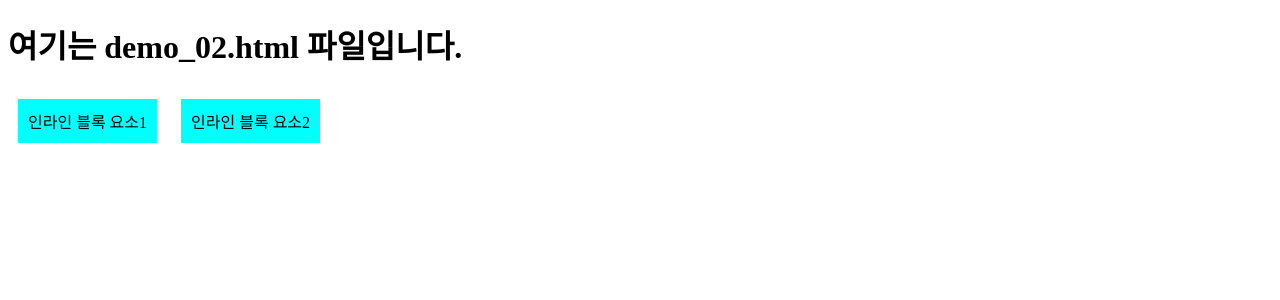
Repository: kimmingyeong225/totalJSP
Page: class_flexbox_011/src/main/webapp/demo_00.html
These files come from the project's save history. The page is drawn as it stood at one moment and after the next save; the edit follows.
The browser window is 1280 px wide. The pictures show the whole page.

Above is the page before, as saved 2024-07-01 00:34:10.

### class_flexbox_011/src/main/webapp/demo_00.html
<!DOCTYPE html>
<html>
<head>
<meta charset="UTF-8">
<title>인라인블록 요소 예시</title>
<style type="text/css">
	.m-inline-block{
		display: inline-block;
		background-color: aqua;
		padding: 10px;
		margin: 10px;

	}

</style>
</head>
<body>
 	<!--  http://localhost:8080/demo1/demo_02.html  -->
    <h1>여기는 demo_02.html 파일입니다.</h1>
    <div class="m-inline-block">인라인 블록 요소1</div>
    <div class="m-inline-block">인라인 블록 요소2</div>

</body>
</html>

After the next save:
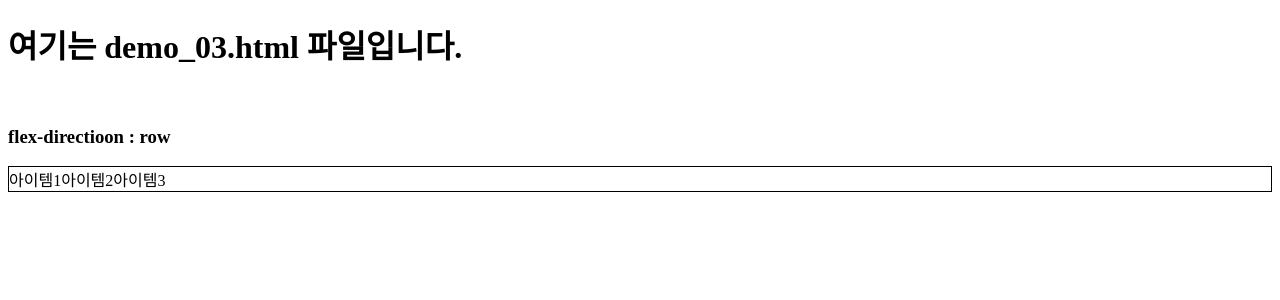
Saved 14 min 34 s later.
--- a/class_flexbox_011/src/main/webapp/demo_00.html
+++ b/class_flexbox_011/src/main/webapp/demo_00.html
@@ -4,21 +4,24 @@
 <meta charset="UTF-8">
 <title>인라인블록 요소 예시</title>
 <style type="text/css">
-	.m-inline-block{
-		display: inline-block;
-		background-color: aqua;
-		padding: 10px;
-		margin: 10px;
 
+	.container {
+		display: flex;
+		border: 1px solid black;
 	}
 
 </style>
 </head>
 <body>
- 	<!--  http://localhost:8080/demo1/demo_02.html  -->
-    <h1>여기는 demo_02.html 파일입니다.</h1>
-    <div class="m-inline-block">인라인 블록 요소1</div>
-    <div class="m-inline-block">인라인 블록 요소2</div>
+ 	<!--  http://localhost:8080/demo1/demo_03.html  -->
+    <h1>여기는 demo_03.html 파일입니다.</h1>
+    <br>
+    <h3>flex-directioon : row</h3>
+    <div class="container">
+    	<div>아이템1</div>
+    	<div>아이템2</div>
+    	<div>아이템3</div>
+    </div>
 
 </body>
 </html>
